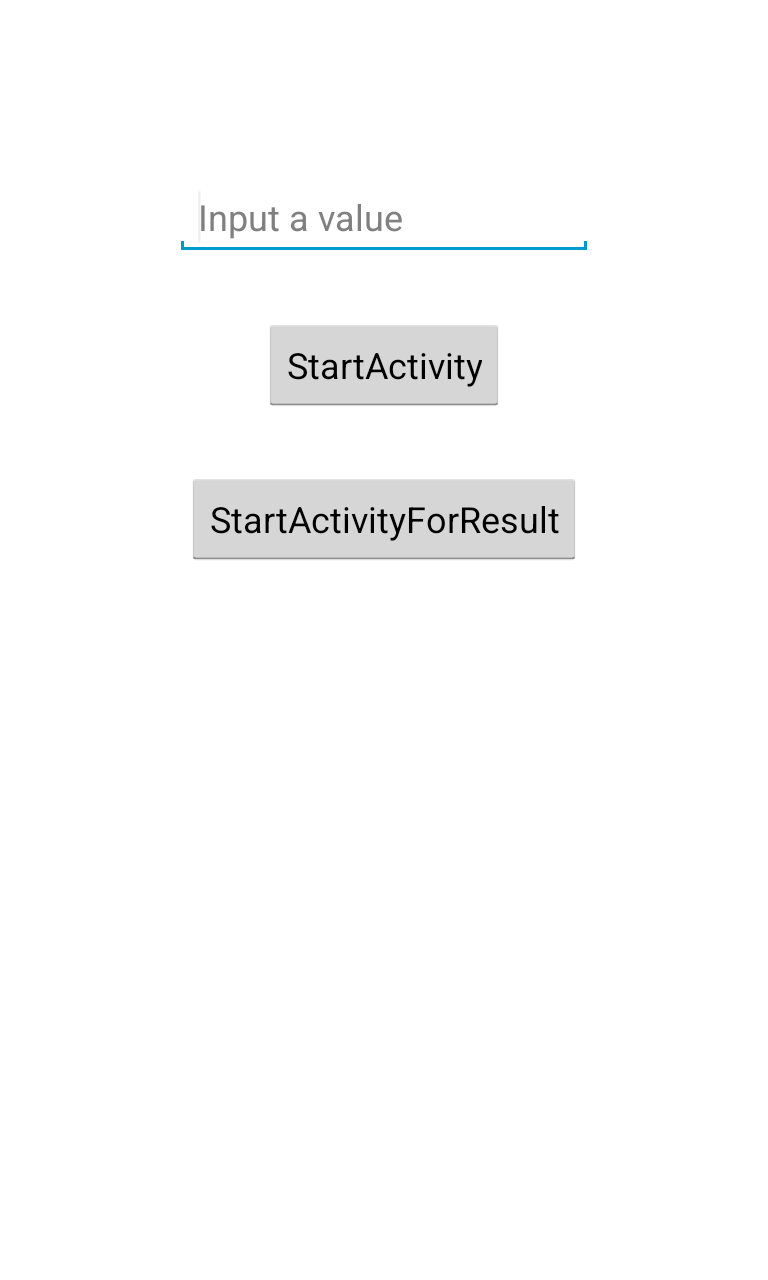
Repository: MadhuHS/JECM3
Layout: ReturnsValue/res/layout/activity_main.xml
These files come from the project's save history. The layout is drawn as it stood at one moment and after the next save; the edit follows.
It is drawn on a 768 x 1280 px phone screen (xhdpi) without system bars, with theme AppTheme; the app's code is not run.

Above is the layout before, as saved 2015-11-19 04:08:37.

### ReturnsValue/res/layout/activity_main.xml
<RelativeLayout xmlns:android="http://schemas.android.com/apk/res/android"
    xmlns:tools="http://schemas.android.com/tools"
    android:layout_width="match_parent"
    android:layout_height="match_parent"
    android:paddingBottom="@dimen/activity_vertical_margin"
    android:paddingLeft="@dimen/activity_horizontal_margin"
    android:paddingRight="@dimen/activity_horizontal_margin"
    android:paddingTop="@dimen/activity_vertical_margin"
    tools:context=".MainActivity" >

    <EditText
        android:id="@+id/editTextinput"
        android:layout_width="wrap_content"
        android:layout_height="wrap_content"
        android:layout_alignParentTop="true"
        android:layout_centerHorizontal="true"
        android:layout_marginTop="73dp"
        android:ems="10"
        android:hint="Input a value" >

        <requestFocus />
    </EditText>

    <Button
        android:id="@+id/buttonstart"
        android:layout_width="wrap_content"
        android:layout_height="wrap_content"
        android:layout_below="@+id/editTextinput"
        android:layout_centerHorizontal="true"
        android:layout_marginTop="30dp"
        android:text="StartActivity" />

    <Button
        android:id="@+id/buttongetresult"
        android:layout_width="wrap_content"
        android:layout_height="wrap_content"
        android:layout_below="@+id/buttonstart"
        android:layout_centerHorizontal="true"
        android:layout_marginTop="29dp"
        android:text="StartActivityForResult" />

</RelativeLayout>

Loaded but not shown: ReturnsValue/res/values/styles.xml (common file); ReturnsValue/res/values-v11/styles.xml (common file); ReturnsValue/res/values-v14/styles.xml (common file); ReturnsValue/res/values/dimens.xml (common file)

After the next save:
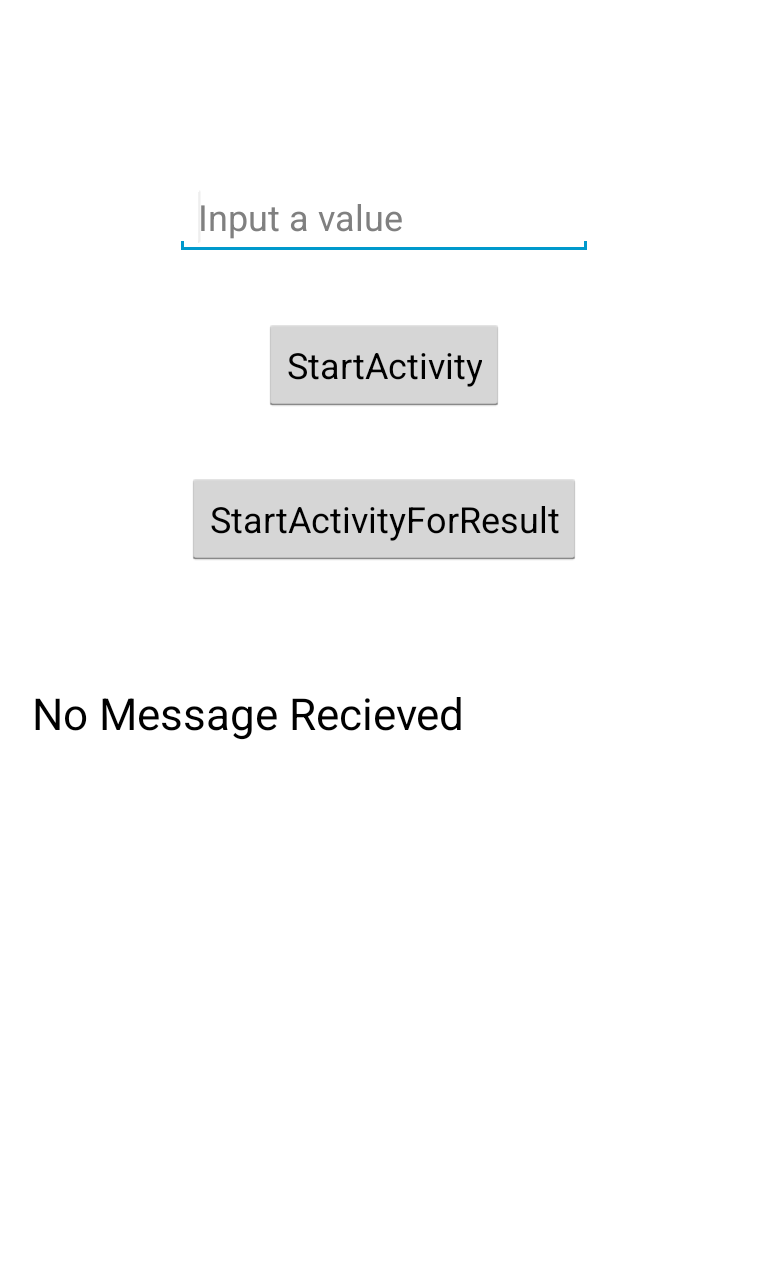
Saved 51 s later.
--- a/ReturnsValue/res/layout/activity_main.xml
+++ b/ReturnsValue/res/layout/activity_main.xml
@@ -39,4 +39,15 @@
         android:layout_marginTop="29dp"
         android:text="StartActivityForResult" />
 
+    <TextView
+        android:id="@+id/textViewResult"
+        android:layout_width="wrap_content"
+        android:layout_height="wrap_content"
+        android:layout_alignParentLeft="true"
+        android:layout_alignParentRight="true"
+        android:layout_below="@+id/buttongetresult"
+        android:layout_marginTop="58dp"
+        android:text="No Message Recieved"
+        android:textAppearance="?android:attr/textAppearanceLarge" />
+
 </RelativeLayout>
